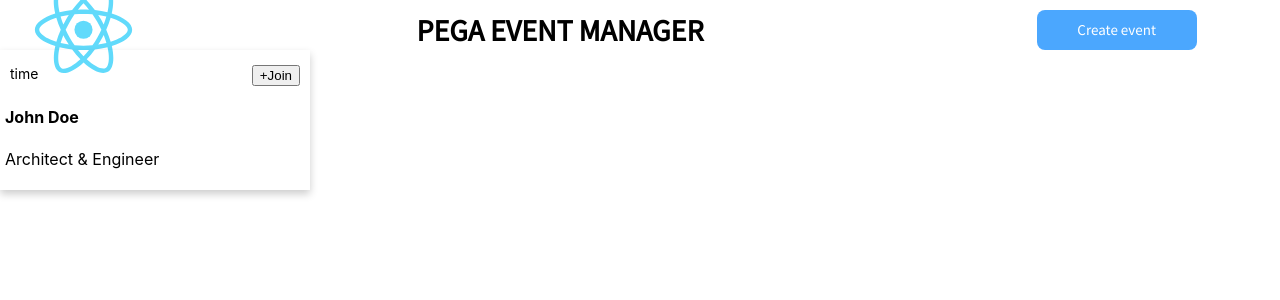
Repository: SasiVeeramachaneni/eventmanager
Page: /
The author's editor kept a copy of each file at every save. The page is drawn from the files as they stood at one save, then again after the next save.
The browser window is 1280 px wide. The pictures show the whole page.
The project was rebuilt for these pictures with package versions that can differ from the ones it lists, and the page was loaded fresh each time.

Above is the page before, as saved 2020-08-19 14:22:59.

### src/index.js
import React from 'react';
import ReactDOM from 'react-dom';
import './index.css';
import App from './App';
import * as serviceWorker from './serviceWorker';
import './fonts/SourceSansPro-Regular.ttf'

ReactDOM.render(
  <React.StrictMode>
    <App />
  </React.StrictMode>,
  document.getElementById('root')
);

// If you want your app to work offline and load faster, you can change
// unregister() to register() below. Note this comes with some pitfalls.
// Learn more about service workers: https://bit.ly/CRA-PWA
serviceWorker.unregister();

### src/App.js
import React from 'react';
import './App.css';
import logo from './logo.svg';
import Card from './Card';


function App() {
  return (
    <div className="App">
      <div className="header">
        <div className="logo"><img src={logo} alt=""/></div>
        <div className="heading">PEGA EVENT MANAGER</div>
        <div className="logo"><button type="button" className="createbutton">Create event</button></div>
      </div>
      <div className="body">
        <Card />

      </div>

    </div>
  );
}

export default App;

### src/App.css
.App {
  height: 100vh;
  width: 100%;
  display: grid;
  grid-template-rows: 50px 1fr;
}

@font-face {
  font-family: 'SourceSansPro';
  src: local('SourceSansPro'), url(./fonts/SourceSansPro-Regular.ttf) format('truetype');
}


.container {
  padding: 2px 16px;
}

.header {
  display: flex;
  align-items: stretch;
  justify-content: space-evenly;
  padding-top: 10px;
}

.logo {
  flex-grow: 1;
  display: flex;
  align-items: center;
  justify-content: center;
}

.heading {
  flex-grow: 3;
  display: flex;
  align-items: center;
  justify-content: center;
  font-size: 30px;
  font-weight: bold;
  font-family: SourceSansPro;

}

.createbutton {
  width: 10rem;
  color: #FFF;
  background: #4BA7FE;
  border-radius: 8px;
  font-size: 15px;
  line-height: 24px;
  height: 2.5rem;
  position: relative;
  align-items: center;
  box-sizing: border-box;
  transition: all 0.4s ease-in-out;
  border: none;
  font-family: SourceSansPro;


}

.body {
}

### src/Card.js
import React from 'react';
import './Card.css';

function Card() {
    return (
        <div className="card">
        <div className="topline">
          <div className="time">time</div>
          <button className="joinB">+Join</button>
        </div>
        <h4><b>John Doe</b></h4>
         <p>Architect & Engineer</p>
      </div>
    );
}

export default Card;

### src/Card.css
.card {
    box-shadow: 0 4px 8px 0 rgba(0,0,0,0.2);
    transition: 0.3s;
    width: 300px;
    padding: 5px;
  }

  .card:hover {
    box-shadow: 0 8px 16px 0 rgba(0,0,0,0.2);
  }

  .topline {
    display: flex;
    align-items: stretch;
    justify-content: space-evenly;
    padding-top: 10px;
    padding-left:5px;
    padding-right: 5px;
  }

  .time {
      display: flex;
      flex-grow: 1;
      font-size: 14px;
  }

  .joinB {
  }

Loaded but not shown: public/index.html (common file); src/index.css (common file); src/serviceWorker.js (common file)

After the next save:
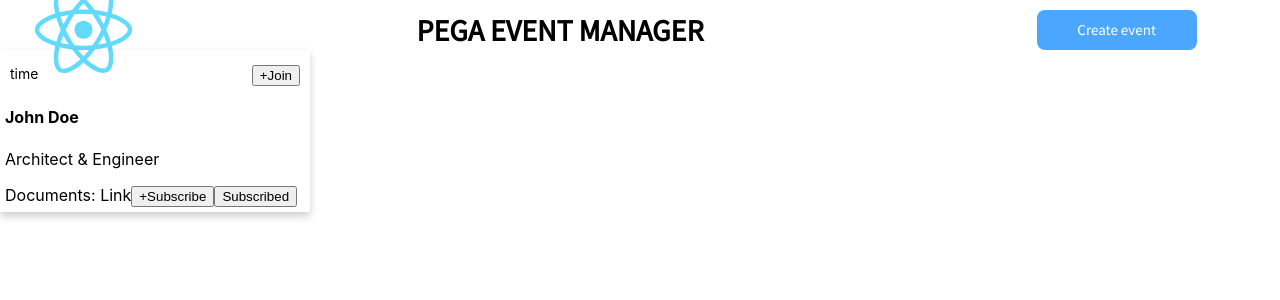
Saved 53 s later.
--- a/src/Card.js
+++ b/src/Card.js
@@ -9,7 +9,10 @@
           <button className="joinB">+Join</button>
         </div>
         <h4><b>John Doe</b></h4>
-         <p>Architect & Engineer</p>
+        <p>Architect & Engineer</p>
+        Documents: Link
+        <button>+Subscribe</button>
+        <button>Subscribed</button>
       </div>
     );
 }
